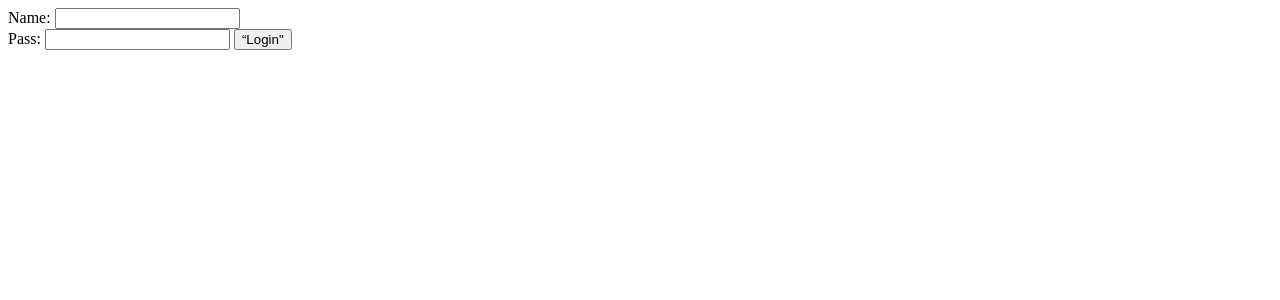
Repository: reality8080/22_8_2025_Cookie_Session
Page: TEST/src/main/webapp/login.html
The author's editor kept a copy of each file at every save. The page is drawn from the files as they stood at one save, then again after the next save.
The browser window is 1280 px wide. The pictures show the whole page.

Above is the page before, as saved 2025-08-22 03:40:45.

After the next save:
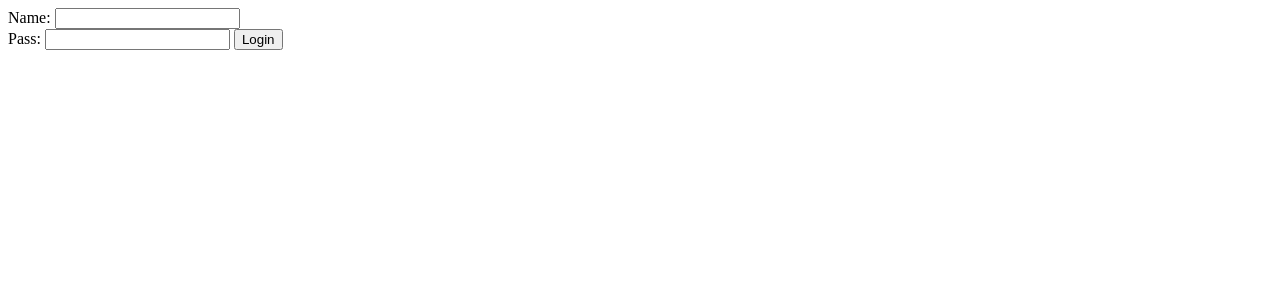
Saved 6 s later.
--- a/TEST/src/main/webapp/login.html
+++ b/TEST/src/main/webapp/login.html
@@ -8,7 +8,7 @@
 	<form action="login" method="Post">
 Name: <input type="text" name="username "> <br />
 Pass: <input type="password" name="password" />
-<input type="submit" value=“Login" />
+<input type="submit" value="Login" />
 </form>
 
 </body>
